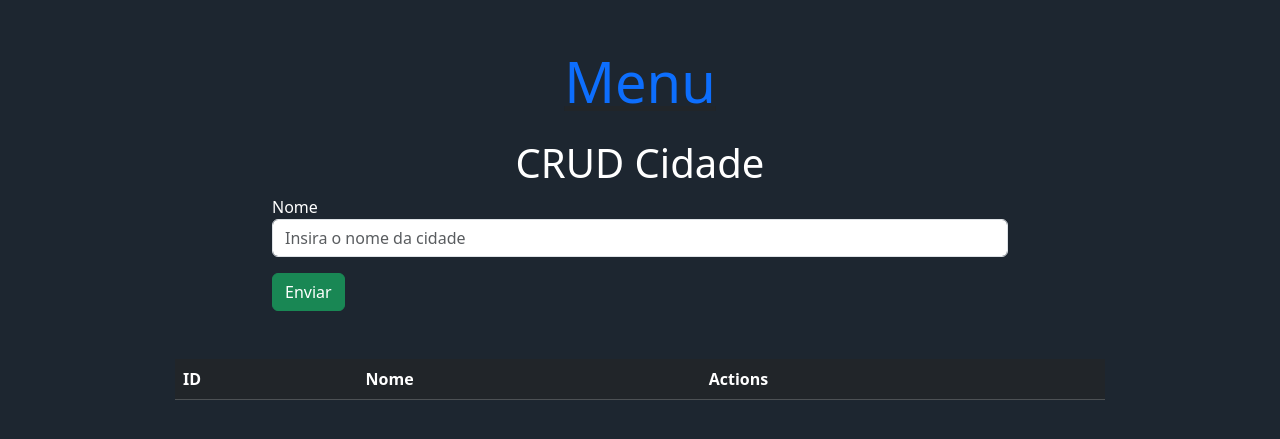
Repository: mateusilva8/tarefa-pix
Page: frontend/cidade.html
The author's editor kept a copy of each file at every save. The page is drawn from the files as they stood at one save, then again after the next save.
The browser window is 1280 px wide. The pictures show the whole page.
The page's requests for data from a server got no answer.

Above is the page before, as saved 2023-10-04 19:59:13.

### frontend/cidade.html
<!DOCTYPE html>
<html lang="pt-BR">
  <head>
    <meta charset="UTF-8" />
    <meta name="viewport" content="width=device-width, initial-scale=1.0" />
    <meta http-equiv="X-UA-Compatible" content="width=device-width, init" />
    <link rel=”stylesheet”
    href=”https://cdn.jsdelivr.net/npm/bootstrap-icons@1.3.0/font/bootstrap-icons.css”
    />
    <link
      href="https://cdn.jsdelivr.net/npm/bootstrap@5.3.2/dist/css/bootstrap.min.css"
      rel="stylesheet"
      integrity="sha384-T3c6CoIi6uLrA9TneNEoa7RxnatzjcDSCmG1MXxSR1GAsXEV/Dwwykc2MPK8M2HN"
      crossorigin="anonymous"
    />
    <title>Crud Teste</title>
  </head>
  <body style="color: white; background-color: #1d2630">
    <div class="container mt-5">
      <div class="text-center">
        <h1 class="display-4 mb-4">
          <strong
            ><a href="./index.html" id="menu" class="link-underline-dark"
              >Menu</a
            ></strong
          >
        </h1>
        <h2 class="display-6 mb-6"><strong>CRUD Cidade</strong></h2>
      </div>
      <div class="main row-justify-content-center" data-anime="400">
        <form action="" id="city-form" class="row justify-content-center mb-4">
          <div class="col-10 col-md-8 mb-3">
            <label for="name">Nome</label>
            <input
              type="text"
              class="form-control"
              id="name"
              placeholder="Insira o nome da cidade"
              required
            />
          </div>
          <div class="col-10 col-md-8">
            <input class="btn btn-success" type="submit" value="Enviar" />
          </div>
        </form>
        <div class="col-12 col-md-10 mt-5 mx-auto">
          <table class="table table-striped table-dark">
            <thead>
              <tr>
                <th>ID</th>
                <th>Nome</th>
                <th>Actions</th>
              </tr>
            </thead>
            <tbody id="city-list">
              <!-- <tr>
              <td>1</td>
              <td>admin</td>
              <td>admin</td>
              <td>$2b$08$YGYxpNGCs724LdcmTyKGSuL786TxspbTOpu1CyRiGO4qhEY/kNhf6</td>
              <td>
                <a href="#" class="btn btn-warning btn-sm edit">Editar</a>
                <a href="#" class="btn btn-danger btn-sm delete">Deletar</a>
              </td>
            </tr> -->
            </tbody>
          </table>
        </div>
      </div>
    </div>
    <script src="./plugins/simple-anime.js"></script>
    <script src="./js/cidade.js"></script>
  </body>
</html>

### frontend/js/cidade.js
let selectedRow = null;
let id = 0;
let inputNome = document.getElementById("name");

// Mostrar alertas
function showAlert(message, className) {
  const div = document.createElement("div");
  div.className = `alert alert-${className}`;

  div.appendChild(document.createTextNode(message));
  const container = document.querySelector(".container");
  const main = document.querySelector(".main");
  container.insertBefore(div, main);

  setTimeout(() => document.querySelector(".alert").remove(), 3000);
}

// Deletar
document.querySelector("#city-list").addEventListener("click", (event) => {
  target = event.target;

  if (target.classList.contains("delete")) {
    target.parentElement.parentElement.remove();
    showAlert("Usuário removido", "danger");
  }
});

//Limpar campos
function clearFields() {
  document.querySelector("#name").value = "";
}

//Adicionar ou editar
document.querySelector("#city-form").addEventListener("submit", async (e) => {
  e.preventDefault();
  e.stopPropagation();

  let nome = inputNome.value;

  let payload = {
    nome,
  };

  let url = "http://localhost:3000/cidades";
  let method = "POST";

  if (id !== 0) {
    url += "/" + id;
    method = "PUT";
    console.log(url);
  }

  let resposta = await fetch(url, {
    method: method,
    headers: {
      "Content-type": "application/json",
      Acccept: "appplication/json",
    },
    body: JSON.stringify(payload),
  });

  if (resposta.ok) {
    window.location.reload();
  } else {
    alert("Ops! Algo deu errado");
  }
});

//Buscar usuários no banco
let cityList = document.getElementById("city-list");
let trCidades = document.getElementById("tr-user");

async function buscarCidades() {
  let resposta = await fetch(`http://localhost:3000/cidades`);
  let cidades = await resposta.json();

  for (let cidade of cidades) {
    console.log(cidade);
    let tr = document.createElement("tr");
    let tdId = document.createElement("td");
    let tdNome = document.createElement("td");
    let tdActions = document.createElement("td");
    let buttonEdit = document.createElement("a");
    let buttonDelete = document.createElement("a");
    buttonEdit.setAttribute("class", "btn btn-warning btn-sm edit");
    buttonDelete.setAttribute("class", "btn btn-danger btn-sm delete");
    buttonDelete.style.marginRight = "10px";

    let id = cidade.id;
    let nome = cidade.nome;

    tdId.innerText = id;
    tdNome.innerText = nome;
    buttonEdit.innerText = "Editar";
    buttonDelete.innerText = "Deletar";

    tr.appendChild(tdId);
    tr.appendChild(tdNome);
    tdActions.appendChild(buttonDelete);
    tdActions.appendChild(buttonEdit);
    tr.appendChild(tdActions);
    cityList.appendChild(tr);
  }
}
buscarCidades();

//Editar
document.querySelector("#city-list").addEventListener("click", (e) => {
  target = e.target;
  if (target.classList.contains("edit")) {
    selectedRow = target.parentElement.parentElement.children[0].textContent;
    id = selectedRow;
    console.log(selectedRow);
    console.log(id);
    buscarDados();
  }
});

async function buscarDados() {
  let resposta = await fetch(`http://localhost:3000/cidades/${selectedRow}`);
  if (resposta.ok) {
    let cidade = await resposta.json();
    inputNome.value = cidade.nome;
  } else if (resposta.status === 422) {
    let e = await resposta.json();
    alert(e.error);
  } else {
    alert("Ops! Algo deu errado!");
  }
}
new SimpleAnime();

Loaded but not shown: frontend/plugins/simple-anime.js (common file)

After the next save:
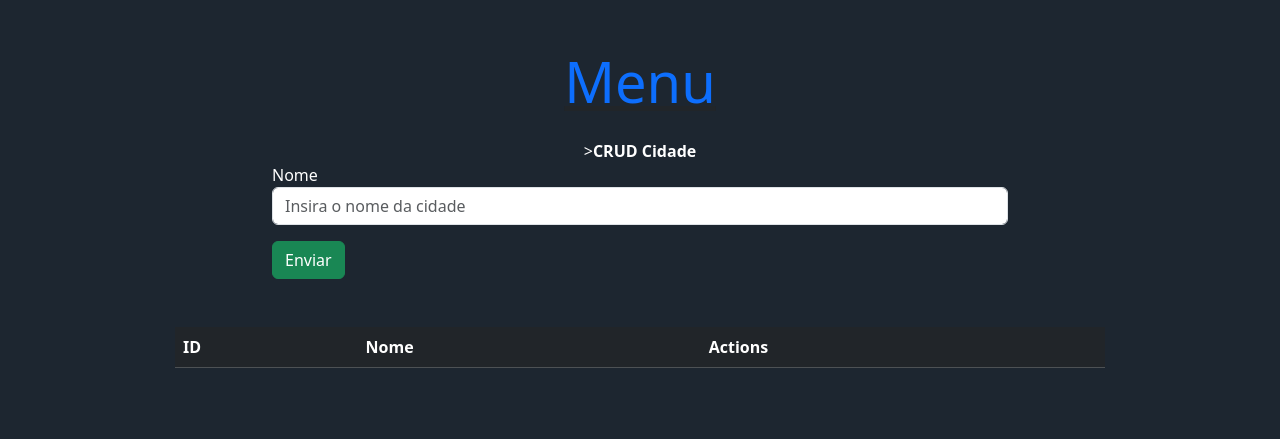
Saved 35 s later.
--- a/frontend/cidade.html
+++ b/frontend/cidade.html
@@ -25,9 +25,9 @@
             ></strong
           >
         </h1>
-        <h2 class="display-6 mb-6"><strong>CRUD Cidade</strong></h2>
+        <h2 class="display-6 mb-6" data-anime="500"></h2>><strong>CRUD Cidade</strong></h2>
       </div>
-      <div class="main row-justify-content-center" data-anime="400">
+      <div class="main row-justify-content-center">
         <form action="" id="city-form" class="row justify-content-center mb-4">
           <div class="col-10 col-md-8 mb-3">
             <label for="name">Nome</label>

After the save that followed:
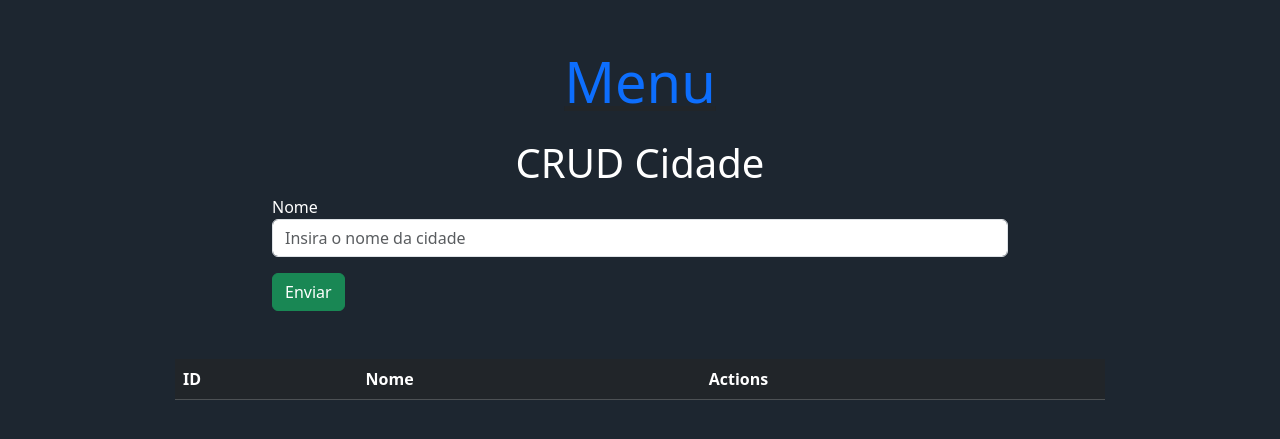
Saved 13 s later.
--- a/frontend/cidade.html
+++ b/frontend/cidade.html
@@ -25,7 +25,9 @@
             ></strong
           >
         </h1>
-        <h2 class="display-6 mb-6" data-anime="500"></h2>><strong>CRUD Cidade</strong></h2>
+        <h2 class="display-6 mb-6" data-anime="600">
+          <strong>CRUD Cidade</strong>
+        </h2>
       </div>
       <div class="main row-justify-content-center">
         <form action="" id="city-form" class="row justify-content-center mb-4">
